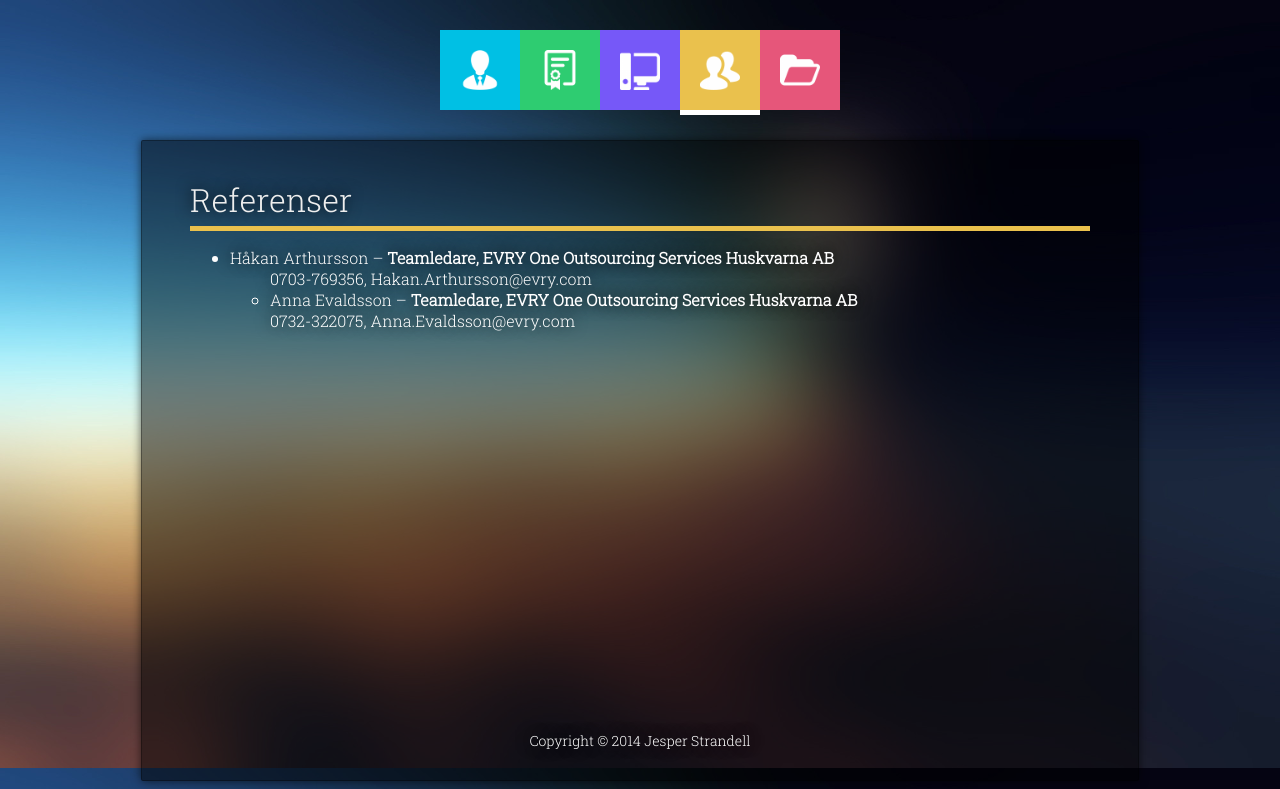
Repository: ja222vv/minipage
Page: pages/references.html
The author's editor kept a record of every edit. The page is drawn from the files as they stood at one moment, then again after the next edit.
The browser window is 1280 px wide. The pictures show the whole page.
Backgrounds fixed to the window are drawn as part of the page.

Above is the page before.
Not found: pages/scripts/script.js

After the next edit:
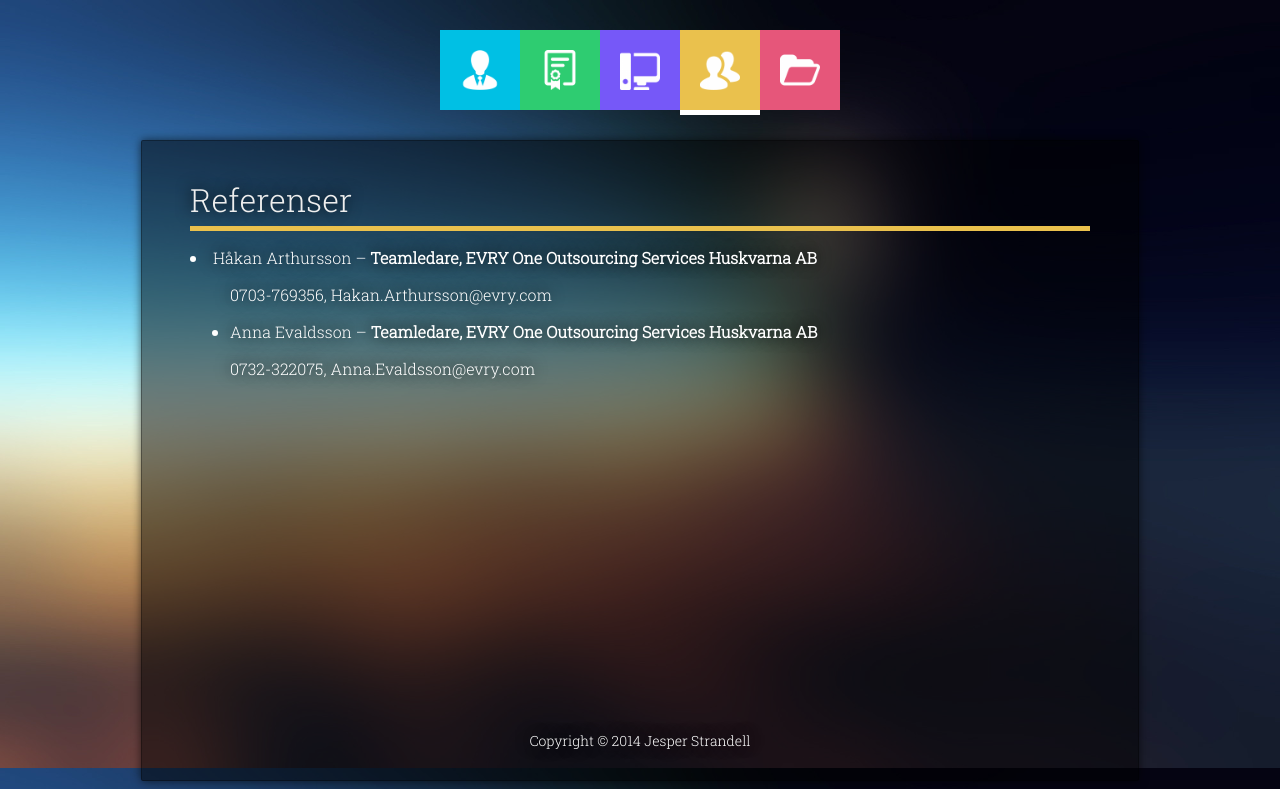
The edit:
--- a/pages/references.html
+++ b/pages/references.html
@@ -45,7 +45,7 @@
             </div>
             <div class="subcontent">
                 <p>
-                    <ul>
+
                         <li>Håkan Arthursson – <b>Teamledare, EVRY One Outsourcing Services Huskvarna AB</b></li>
 
                     <ul class="nostyle">
